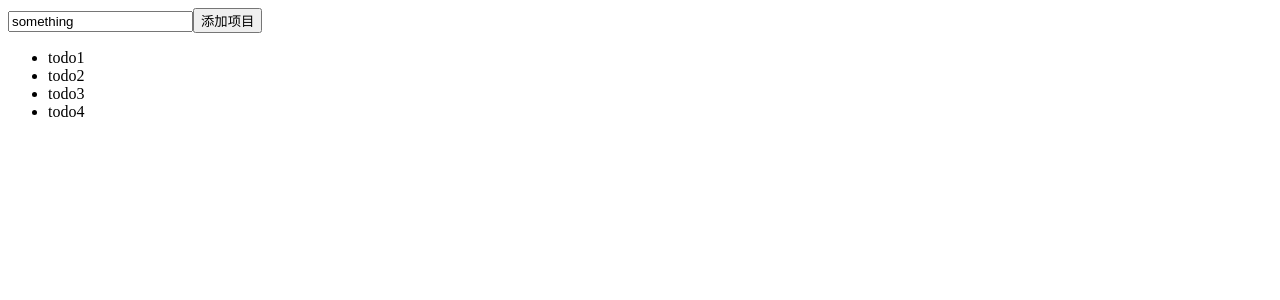
Repository: ArtemisWang/todolistProject
Page: /
These files come from the project's save history. The page is drawn as it stood at one moment and after the next save; the edit follows.
The browser window is 1280 px wide. The pictures show the whole page.
The project was rebuilt for these pictures with package versions that can differ from the ones it lists, and the page was loaded fresh each time.

Above is the page before, as saved 2020-02-28 21:14:53.

### src/App.js
import React,{useState} from 'react';
const App=function(){

    const [list, setList]=useState(['todo1','todo2','todo3','todo4'])
    const [content, setContent]=useState('something')

    function addItem(){
        setList([...list,content])
        setContent('a')
    }

    function changeContent(e){
        setContent(e.target.value)
        return content
    }

    return (
    <div className='app'>
        <div className='input'>
            <input defaultValue={content} onChange={changeContent}/>
            <button onClick={addItem}>添加项目</button>
        </div>
        <div className='u-list'>
            <ul>
                {list.map((it,i)=>(<li key={it+i}>{it}</li>))}
            </ul>
        </div>
    </div>)
}




export default App

Loaded but not shown: public/index.html (common file); src/index.js (common file)

After the next save:
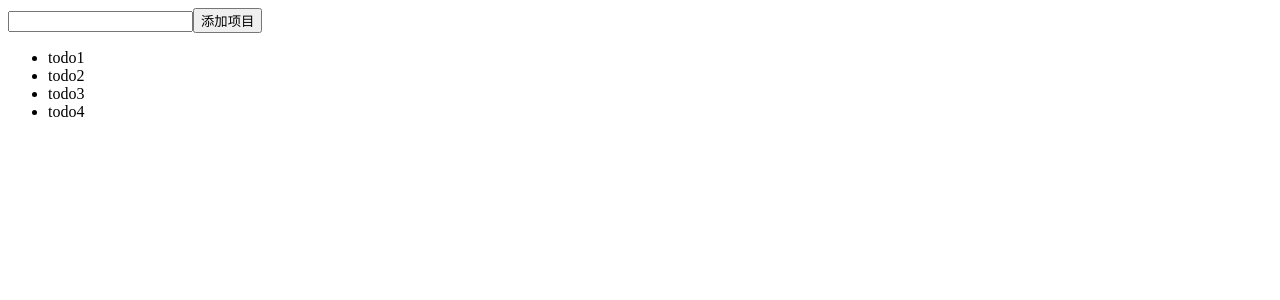
Saved 7 s later.
--- a/src/App.js
+++ b/src/App.js
@@ -17,7 +17,7 @@
     return (
     <div className='app'>
         <div className='input'>
-            <input defaultValue={content} onChange={changeContent}/>
+            <input defaultValue={changeContent} onChange={changeContent}/>
             <button onClick={addItem}>添加项目</button>
         </div>
         <div className='u-list'>

After the 3 saves that followed:
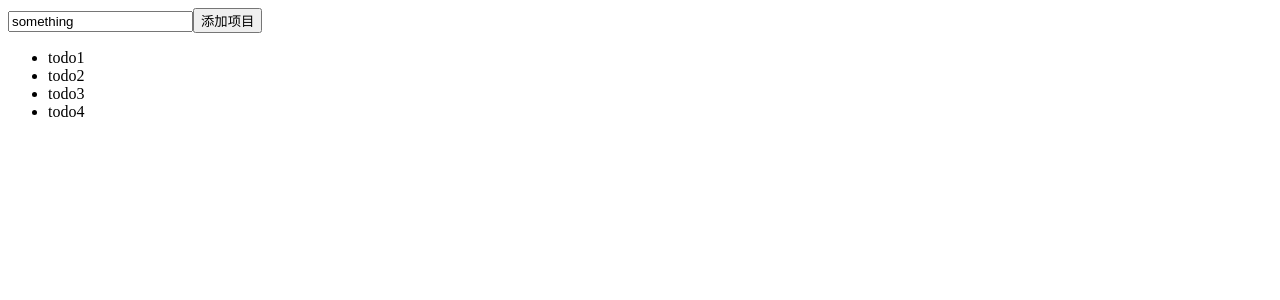
The 3 saves are shown as one change because 1 did not build or start and 1 left the picture as it was.
The last was saved 4 min 55 s later.
--- a/src/App.js
+++ b/src/App.js
@@ -17,7 +17,7 @@
     return (
     <div className='app'>
         <div className='input'>
-            <input defaultValue={changeContent} onChange={changeContent}/>
+            <input onChange={changeContent} value={content}/>
             <button onClick={addItem}>添加项目</button>
         </div>
         <div className='u-list'>
